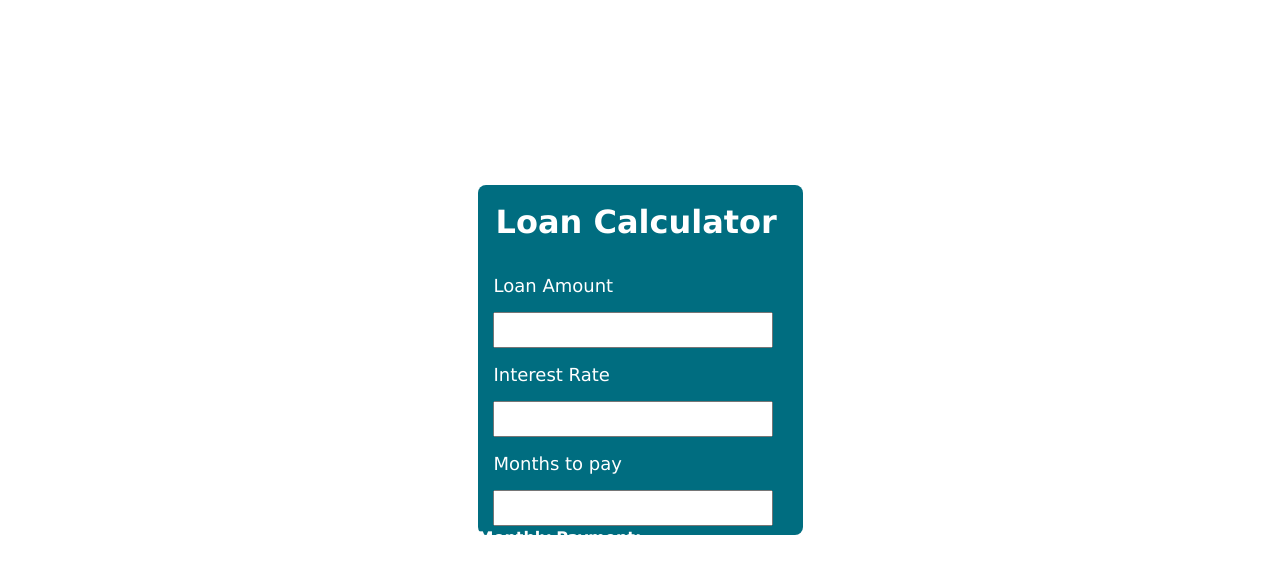
Repository: Ankitkr2021/Loan-Calculator
Page: index.html
The author's editor kept a copy of each file at every save. The page is drawn from the files as they stood at one save, then again after the next save.
The browser window is 1280 px wide. The pictures show the whole page.

Above is the page before, as saved 2025-10-28 08:54:32.

### index.html
<!DOCTYPE html>
<html lang="en">
<head>
    <meta charset="UTF-8">
    <meta name="viewport" content="width=device-width, initial-scale=1.0">
    <title>Loan Calculator</title>
    <link rel="stylesheet" href="./style.css">
</head>
<body>
    <div class="box">
        <h1>Loan Calculator</h1>
        <span>Loan Amount</span>
        <input type="number">
        <span>Interest Rate</span>
        <input type="number">
        <span>Months to pay</span>
        <input type="number">
        <h4>Monthly Payment:<span></span></h4>
    </div>
</body>
</html>

### style.css
*{
    margin: 0;
    padding: 0;
    box-sizing: border-box;
    font-family:'Lucida Sans', 'Lucida Sans Regular', 'Lucida Grande', 'Lucida Sans Unicode', Geneva, Verdana, sans-serif;
}

body{
    display: flex;
    align-items: center;
    justify-content: center;
    height: 100vh;
    width: 100%;
}

.box{
    display: flex;
    flex-direction: column;
    background: rgb(0, 109, 128);
    color: #fff;
    height: 350px;
    width: 325px;
    border-radius: 8px;
}

h1{
    padding: 18px;
}

span {
   font-size: 18px;
    padding: 16px;
}

input{
    width: 280px;
    height: 25px;
    margin-left: 15px;
    padding: 16px;
}

After the next save:
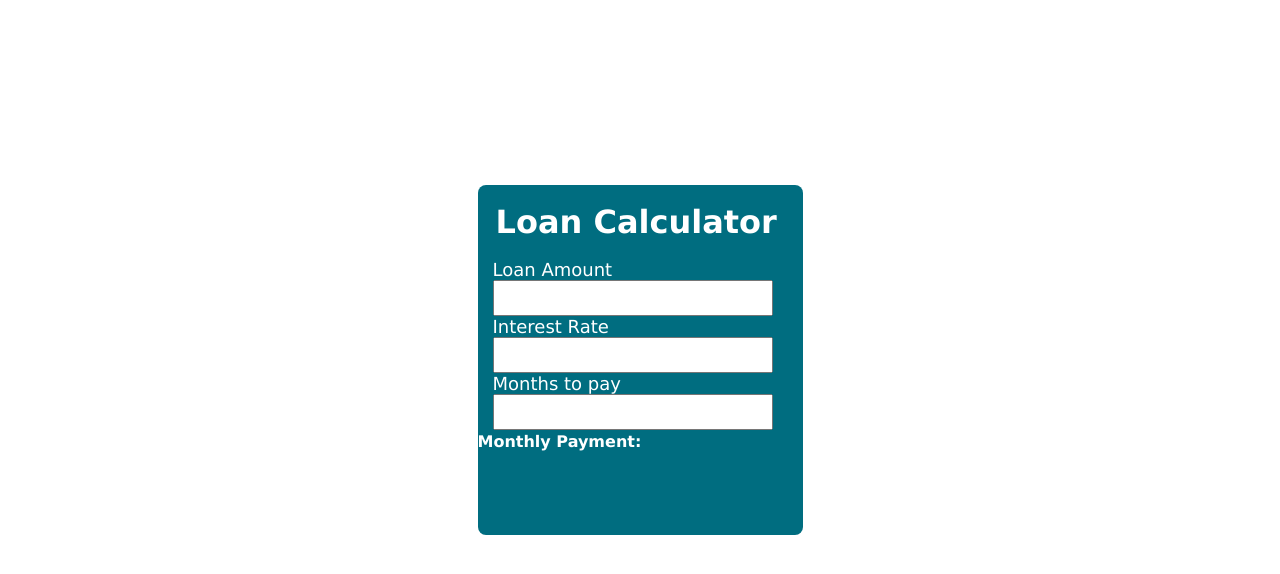
Saved 19 s later.
--- a/style.css
+++ b/style.css
@@ -29,7 +29,8 @@
 
 span {
    font-size: 18px;
-    padding: 16px;
+   margin-left: 15px;
+
 }
 
 input{
